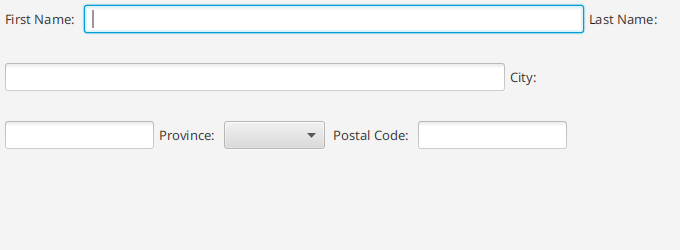
Repository: Mselenko/Java
Program's window: java w_5/JavaFx/src/task_2/AddressBook.java
The author's editor kept a copy of each file at every save. The program's window is drawn from the files as they stood at one save, then again after the next save.
It runs on Java 21 on a 1366 x 768 screen with JavaFX 11; the title bar is not drawn.

Above is the program's window before, as saved 2019-06-22 01:11:36.

After the next save:
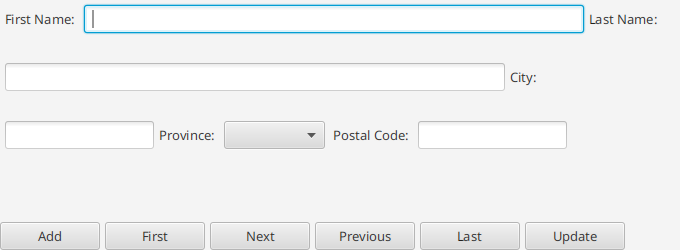
Saved 13 s later.
--- a/w_5/JavaFx/src/task_2/AddressBook.java
+++ b/w_5/JavaFx/src/task_2/AddressBook.java
@@ -68,7 +68,7 @@
 
 		for(int i =0; i < buttons.length; i++) {
 			buttons[i].setPrefWidth(100);
-			//ButtonPanel.getChildren().addAll(buttons[i]);
+			ButtonPanel.getChildren().add(buttons[i]);
 		}
 
 
